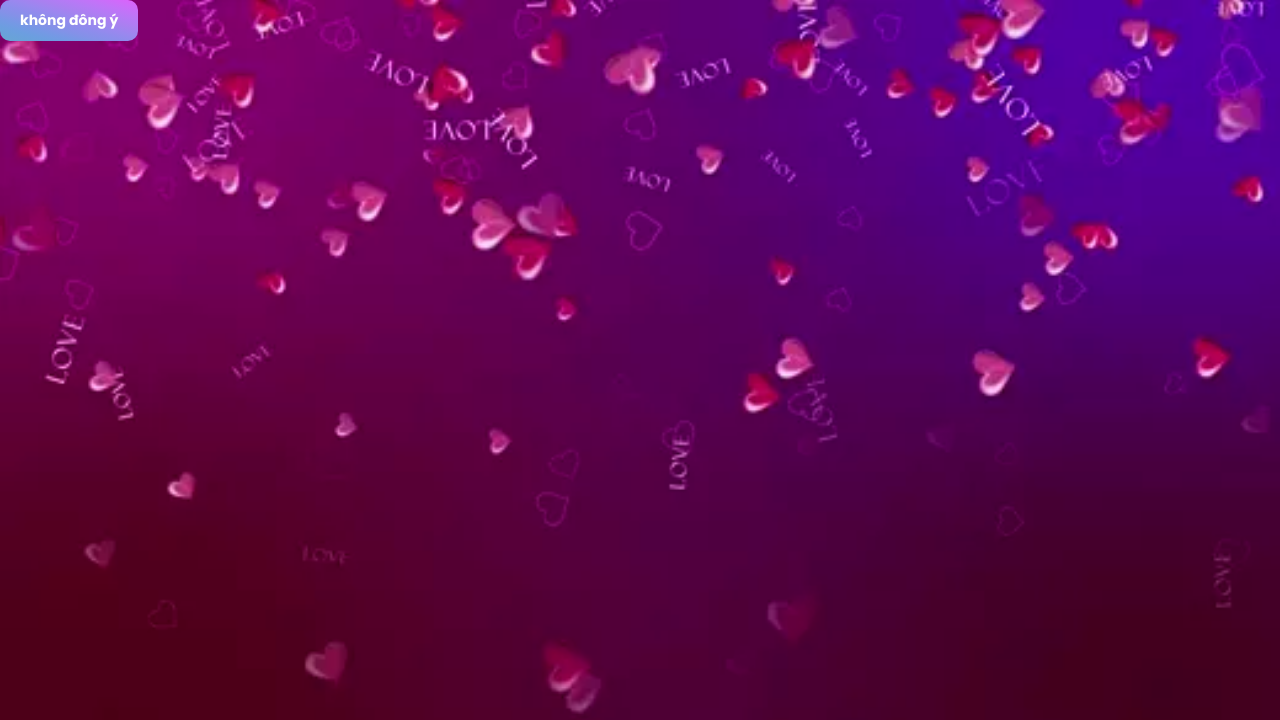
Repository: kuluong2000/love
Page: index.html
An editor plug-in stored every save of this project. The page is shown before and after the next save, followed by the edit.
The browser window is 1280 px wide. The pictures show the whole page.

Above is the page before, as saved 2022-06-04 22:11:02.

After the next save:
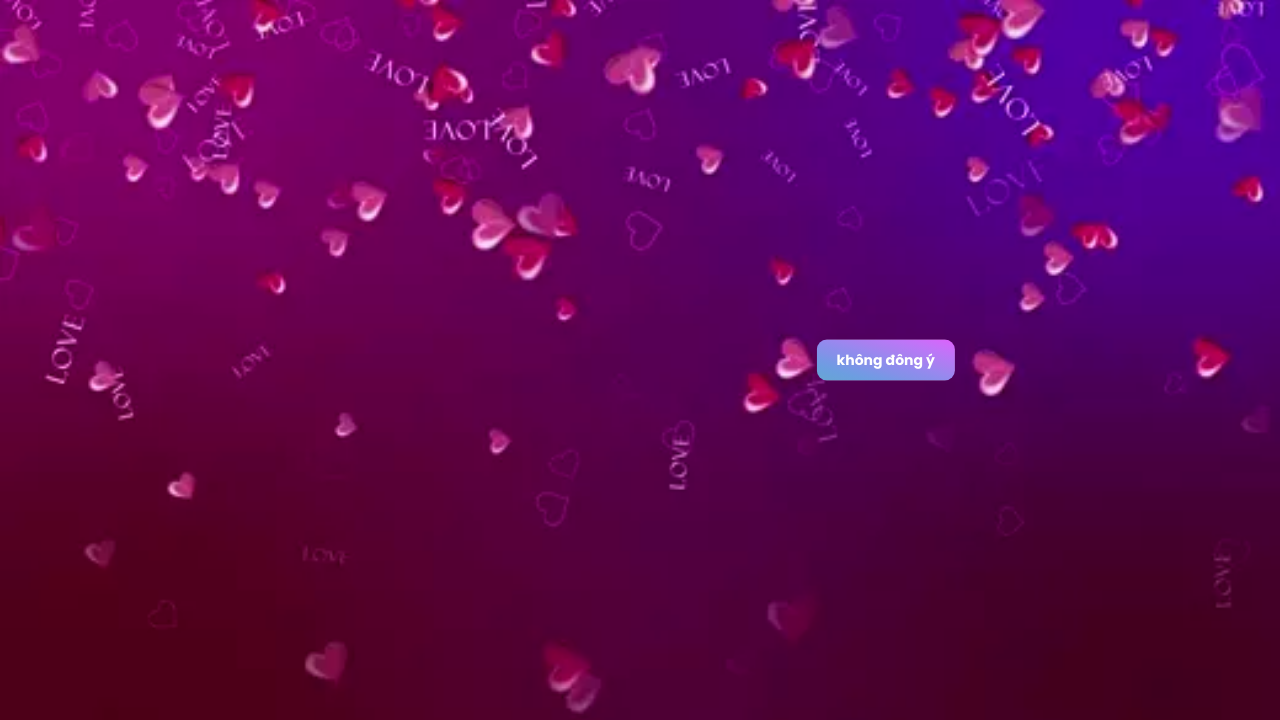
Saved 15 s later.
--- a/index.html
+++ b/index.html
@@ -10,7 +10,7 @@
   <body>
     <div class="love">
       <!-- <button class="love-success btn">Đồng ý</button> -->
-      <button class="love-fail btn">không đông ý</button>
+      <button class="love-success btn">không đông ý</button>
     </div>
   </body>
 </html>
